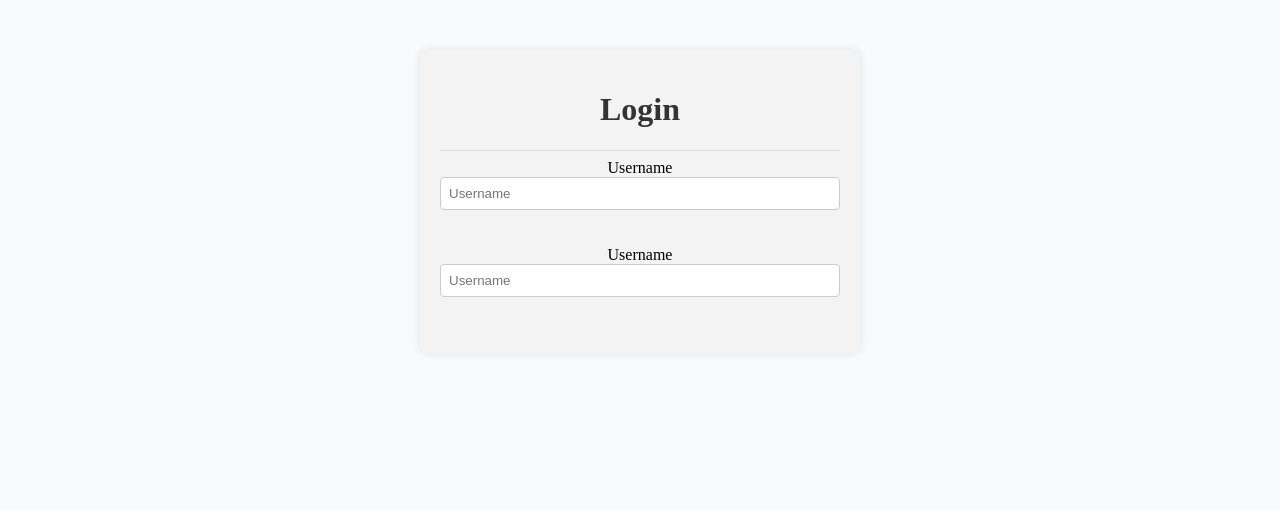
Repository: Ndifoinhilary/authentication
Page: http://localhost/auth/register/
These files come from the project's save history. The page is drawn as it stood at one moment and after the next save; the edit follows.
The browser window is 1280 px wide. The pictures show the whole page.
The page is served by the project's application, run on Django 3.2 (manage.py).

Above is the page before, as saved 2024-01-05 06:32:37.

After the next save:
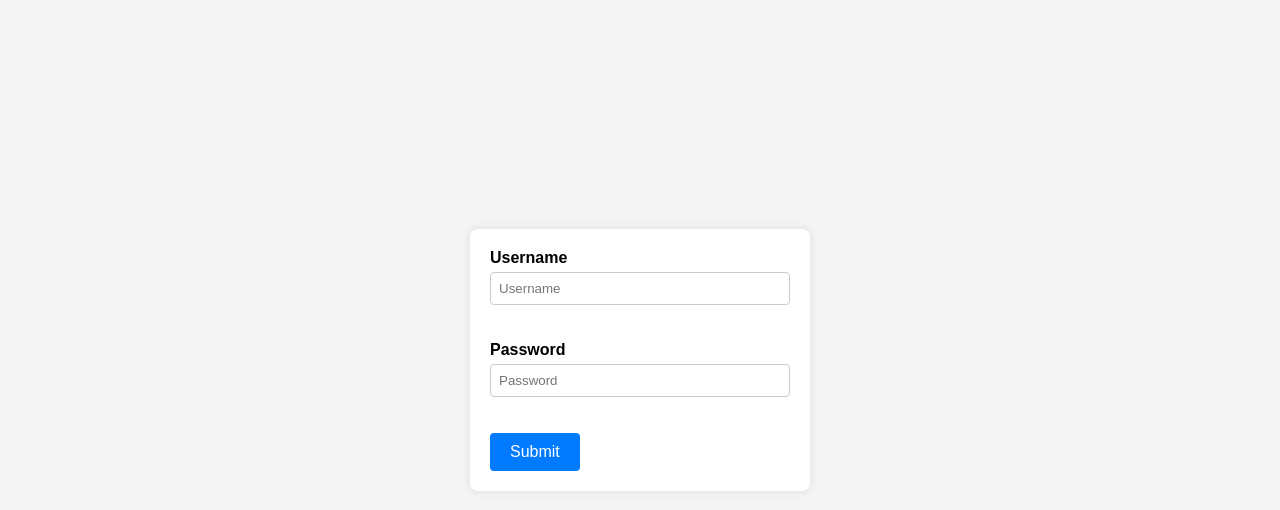
Saved 33 s later.
--- a/Auth/templates/register.html
+++ b/Auth/templates/register.html
@@ -1,46 +1,83 @@
-{% load static %}
-{% load crispy_forms_tags %}
 <!DOCTYPE html>
-<html>
+<html lang="en">
 
 <head>
-    <meta charset='utf-8'>
-    <meta http-equiv='X-UA-Compatible' content='IE=edge'>
-    <title>Login page</title>
-    <meta name='viewport' content='width=device-width, initial-scale=1'>
+    <meta charset="UTF-8">
+    <meta name="viewport" content="width=device-width, initial-scale=1.0">
+    <style>
+        body {
+            font-family: 'Arial', sans-serif;
+            background-color: #f4f4f4;
+            margin: 0;
+            padding: 0;
+            display: flex;
+            justify-content: center;
+            align-items: center;
+            height: 100vh;
+        }
 
-    <link rel='stylesheet' type='text/css' media='screen' href="{% static 'css/register.css' %}">
+        form {
+            background-color: #fff;
+            padding: 20px;
+            border-radius: 8px;
+            box-shadow: 0 0 10px rgba(0, 0, 0, 0.1);
+            width: 300px;
+        }
 
+        .input {
+            margin-bottom: 20px;
+        }
+
+        .label {
+            display: block;
+            margin-bottom: 5px;
+            font-weight: bold;
+        }
+
+        .form-control {
+            width: 100%;
+            padding: 8px;
+            border: 1px solid #ccc;
+            border-radius: 4px;
+            box-sizing: border-box;
+        }
+
+        .mb-4 {
+            margin-bottom: 16px;
+        }
+
+        .btn {
+            background-color: #007bff;
+            color: #fff;
+            padding: 10px 20px;
+            border: none;
+            border-radius: 4px;
+            cursor: pointer;
+            font-size: 16px;
+        }
+
+        .btn:hover {
+            background-color: #0056b3;
+        }
+    </style>
 </head>
 
 <body>
+    <form action="" class="form-border" method="POST">
+        {% csrf_token %}
 
-    <div id="form-wrapper">
-        <h1>Login</h1>
-        <hr>
+        <div class="input">
+            <label class="label" for="username">Username</label>
+            <input type="text" name="username" id="username" class="form-control mb-4" placeholder="Username" required>
+        </div>
 
-        {% for message in messages %}
-        <div class="alert {{ message.tags }} alert-dismissible shadow fade show" role="alert">
-            <button type="button" class="close" data-dismiss="alert" aria-label="Close">
-                <span aria-hidden="true">&times;</span>
-            </button>
-            {{ message | safe }}
+        <div class="input">
+            <label class="label" for="password">Password</label>
+            <input type="password" name="password" id="password" class="form-control mb-4" placeholder="Password" required>
         </div>
-        {% endfor %}
-            <form action="" class="form-border" method="POST" >
-                {% csrf_token %}
-              <div class="input">
-                <label class="lable" for="username">Username</label>
-                <input type="text" name="username" id="username" class="form-control mb-4" placeholder="Username" required>
-              </div>
 
-              <div class="input">
-                <label class="lable" for="username">Username</label>
-                <input type="text" name="username" id="username" class="form-control mb-4" placeholder="Username" required>
-              </div
-
-            </form>
-    </div>
+        <button type="submit" class="btn">Submit</button>
+    </form>
 </body>
 
 </html>
